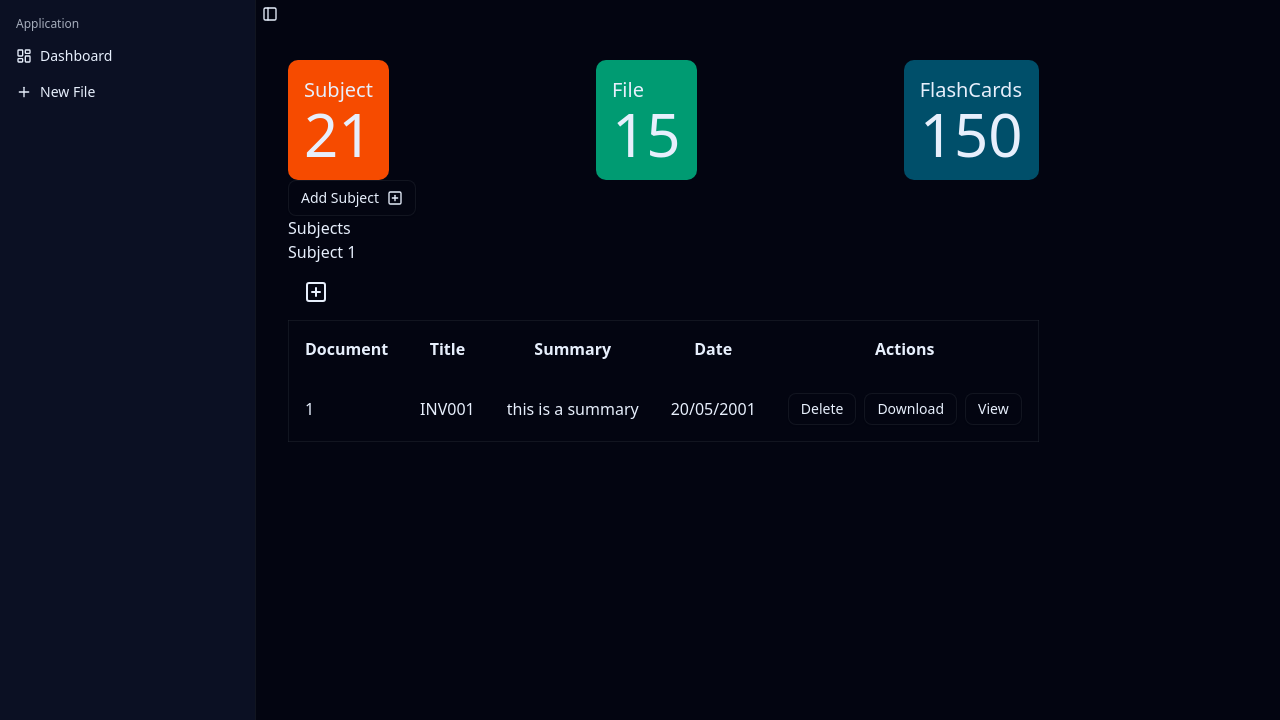
Repository: SywarDer/Student-Assistance
Page: /dashboard (app in student-assistant/)
The author's editor kept a copy of each file at every save. The page is drawn from the files as they stood at one save, then again after a run of saves.
The browser window is 1280 px wide. The pictures show the whole page.
The project was rebuilt for these pictures with package versions that can differ from the ones it lists, and the page was loaded fresh each time. The framework's server and built-in components were replaced by stand-ins that run in the browser. Also part of the build but not shown: student-assistant/next.config.ts, student-assistant/components/ui/input.tsx, student-assistant/components/ui/separator.tsx, student-assistant/components/ui/skeleton.tsx. Imported but missing from the stored project, and not drawn on this page: student-assistant/components/ui/sheet.

Above is the page before, as saved 2025-10-30 20:38:21.

After the next 4 saves:
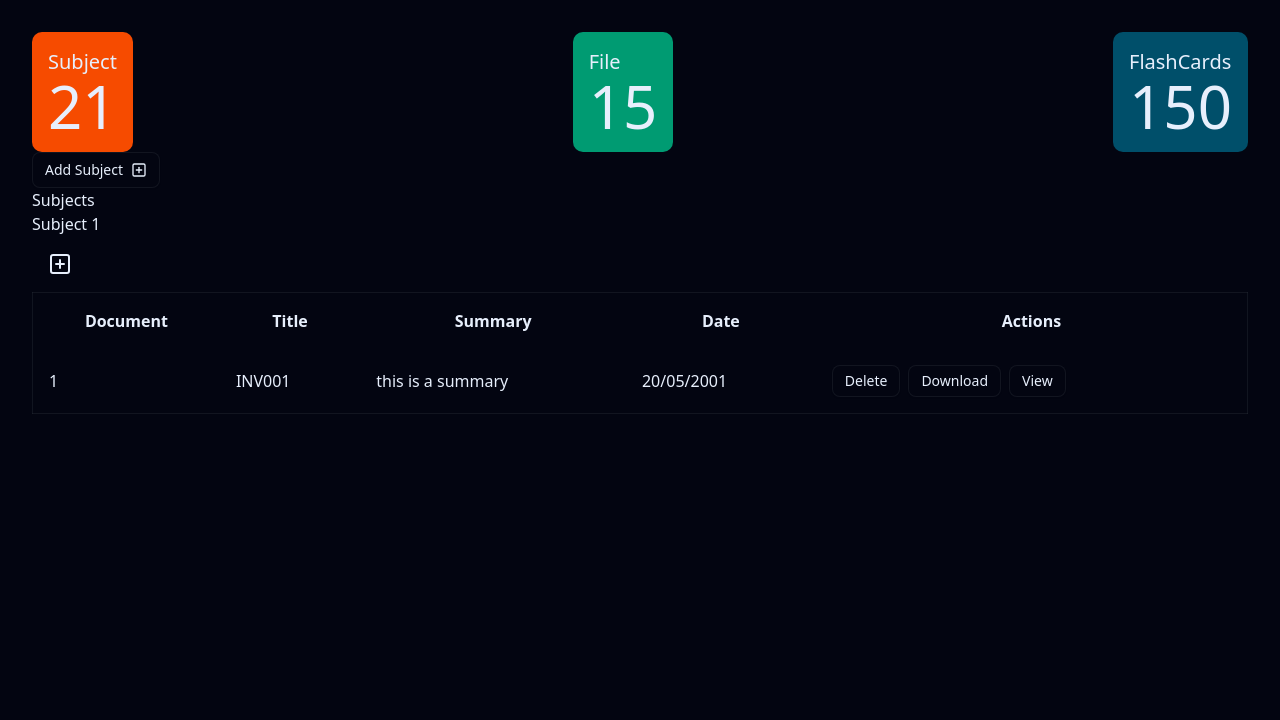
The 4 saves are shown as one change because 2 did not build or start and some came seconds apart.
The last was saved 2 min 27 s later.
--- a/student-assistant/app/layout.tsx
+++ b/student-assistant/app/layout.tsx
@@ -2,7 +2,7 @@ import type { Metadata } from "next";
 import { Geist, Geist_Mono } from "next/font/google";
 import "./globals.css";
 import { SidebarProvider, SidebarTrigger } from "@/components/ui/sidebar";
-import { AppSidebar } from "./home/components/navBar";
+
 
 const geistSans = Geist({
   variable: "--font-geist-sans",
@@ -29,13 +29,10 @@ children,
       <body
         className={`${geistSans.variable} ${geistMono.variable} antialiased`}
       >
-        <SidebarProvider>
-      <AppSidebar />
-      <main>
-        <SidebarTrigger />
+
+
         {children}
-         </main>
-    </SidebarProvider>
+
       </body>
     </html>
   );
